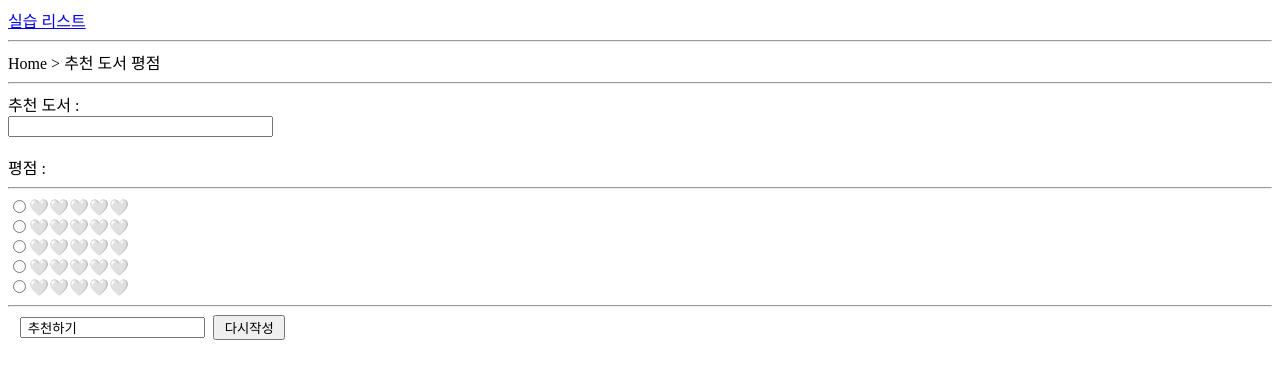
Repository: dhc518/WebProgramming_2023
Page: http://localhost/JSPStudy/ch05/handlerFunction.jsp
An editor plug-in stored every save of this project. The page is shown before and after the next save, followed by the edit.
The browser window is 1280 px wide. The pictures show the whole page.
The page is served by Tomcat 9.

Above is the page before, as saved 2023-03-31 04:54:59.

### Project/JSPStudy/src/main/webapp/ch05/handlerFunction.jsp
<%@ page language="java" contentType="text/html; charset=UTF-8"
    pageEncoding="UTF-8"%>
<!DOCTYPE html>
<html>
<head>
<meta charset="UTF-8">
<title> 핸들러 함수</title>
<script type="text/javascript">
	function checkFun()
	{
		alert("추천도서 : " + documents.gradeForm.book.value + "\n" +
				"평점 : " + document.gradeForm.grade.value);
	}
	</script>
</head>
<body>
	<a href="http://localhost:8080/JSPStudy/List.jsp"> 실습 리스트</a><br>
	<hr>
	Home > 추천 도서 평점
	<hr>
	<form name="gradeForm">
		추천 도서 : <br>
		<input type="text" name="book" size="30"><br><br>
		평점 :
		<hr>
		<input type="radio" name="grade" value="🤍🤍🤍🤍🤍">🤍🤍🤍🤍🤍<br>
		<input type="radio" name="grade" value="🤍🤍🤍🤍🤍">🤍🤍🤍🤍🤍<br>
	    <input type="radio" name="grade" value="🤍🤍🤍🤍🤍">🤍🤍🤍🤍🤍<br>
	    <input type="radio" name="grade" value="🤍🤍🤍🤍🤍">🤍🤍🤍🤍🤍<br>
	    <input type="radio" name="grade" value="🤍🤍🤍🤍🤍">🤍🤍🤍🤍🤍<br>
		<hr>&nbsp;&nbsp;
		<input type="sumbmit" value=" 추천하기 " onclick="checkFun()">&nbsp;
		<input type="reset" value=" 다시작성 ">
	</form>
</body>
</html>

After the next save:
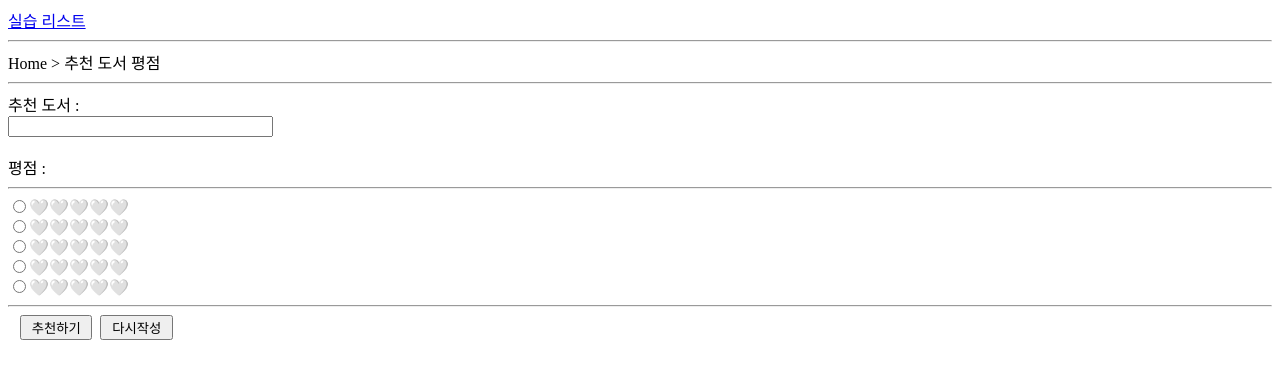
Saved 31 s later.
--- a/Project/JSPStudy/src/main/webapp/ch05/handlerFunction.jsp
+++ b/Project/JSPStudy/src/main/webapp/ch05/handlerFunction.jsp
@@ -29,7 +29,7 @@
 	    <input type="radio" name="grade" value="🤍🤍🤍🤍🤍">🤍🤍🤍🤍🤍<br>
 	    <input type="radio" name="grade" value="🤍🤍🤍🤍🤍">🤍🤍🤍🤍🤍<br>
 		<hr>&nbsp;&nbsp;
-		<input type="sumbmit" value=" 추천하기 " onclick="checkFun()">&nbsp;
+		<input type="submit" value=" 추천하기 " onclick="checkFun()">&nbsp;
 		<input type="reset" value=" 다시작성 ">
 	</form>
 </body>
